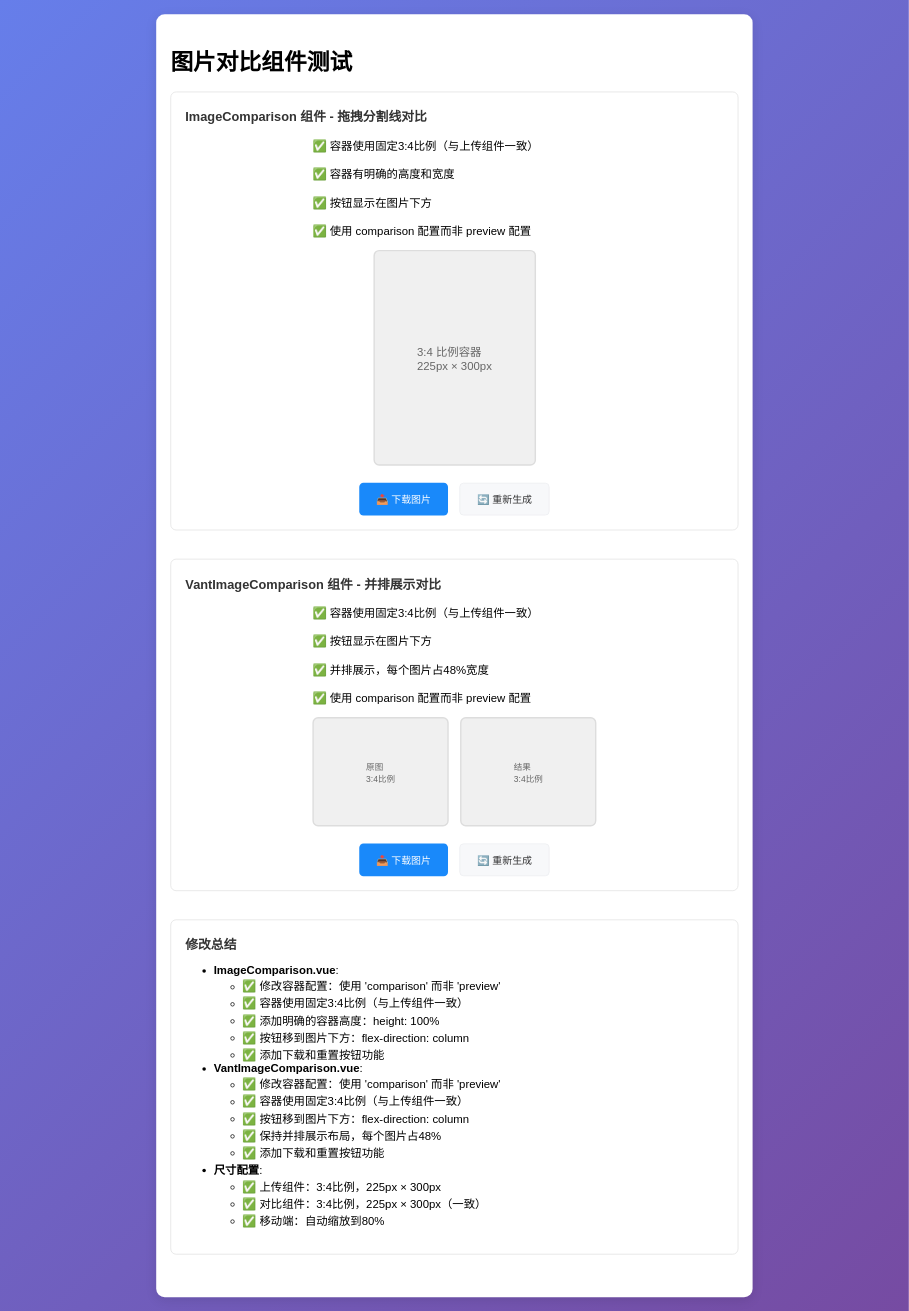
Repository: fooldychi/undress
Page: test-components.html
The author's editor kept a copy of each file at every save. The page is drawn from the files as they stood at one save, then again after the next save.
The browser window is 1280 px wide. The pictures show the whole page, at 71% of full size.

Above is the page before, as saved 2025-07-13 14:57:55.

### test-components.html
<!DOCTYPE html>
<html lang="zh-CN">
<head>
    <meta charset="UTF-8">
    <meta name="viewport" content="width=device-width, initial-scale=1.0">
    <title>组件测试</title>
    <style>
        body {
            font-family: Arial, sans-serif;
            margin: 20px;
            background: linear-gradient(135deg, #667eea 0%, #764ba2 100%);
            min-height: 100vh;
        }
        .container {
            max-width: 800px;
            margin: 0 auto;
            background: white;
            padding: 20px;
            border-radius: 12px;
            box-shadow: 0 4px 16px rgba(0, 0, 0, 0.1);
        }
        .demo-section {
            margin-bottom: 40px;
            padding: 20px;
            border: 1px solid #e0e0e0;
            border-radius: 8px;
        }
        .demo-title {
            font-size: 18px;
            font-weight: bold;
            margin-bottom: 16px;
            color: #333;
        }
        .comparison-demo {
            width: 100%;
            max-width: 400px;
            margin: 0 auto;
        }
        .result-actions {
            display: flex;
            gap: 16px;
            justify-content: center;
            margin-top: 24px;
            padding: 0 16px;
        }
        .van-button {
            padding: 12px 24px;
            border: none;
            border-radius: 6px;
            font-size: 14px;
            cursor: pointer;
            transition: all 0.3s ease;
        }
        .van-button--primary {
            background: #1989fa;
            color: white;
        }
        .van-button--primary:hover {
            background: #0570d9;
        }
        .van-button:not(.van-button--primary) {
            background: #f7f8fa;
            color: #323233;
            border: 1px solid #ebedf0;
        }
        .van-button:not(.van-button--primary):hover {
            background: #f2f3f5;
        }
    </style>
</head>
<body>
    <div class="container">
        <h1>图片对比组件测试</h1>

        <div class="demo-section">
            <div class="demo-title">ImageComparison 组件 - 拖拽分割线对比</div>
            <div class="comparison-demo">
                <p>✅ 容器使用固定3:4比例（与上传组件一致）</p>
                <p>✅ 容器有明确的高度和宽度</p>
                <p>✅ 按钮显示在图片下方</p>
                <p>✅ 使用 comparison 配置而非 preview 配置</p>

                <!-- 模拟容器 -->
                <div style="width: 225px; height: 300px; background: #f0f0f0; border: 2px solid #ddd; border-radius: 8px; margin: 16px auto; display: flex; align-items: center; justify-content: center;">
                    <span style="color: #666;">3:4 比例容器<br>225px × 300px</span>
                </div>

                <!-- 模拟按钮区域 -->
                <div class="result-actions">
                    <button class="van-button van-button--primary">
                        📥 下载图片
                    </button>
                    <button class="van-button">
                        🔄 重新生成
                    </button>
                </div>
            </div>
        </div>

        <div class="demo-section">
            <div class="demo-title">VantImageComparison 组件 - 并排展示对比</div>
            <div class="comparison-demo">
                <p>✅ 容器使用固定3:4比例（与上传组件一致）</p>
                <p>✅ 按钮显示在图片下方</p>
                <p>✅ 并排展示，每个图片占48%宽度</p>
                <p>✅ 使用 comparison 配置而非 preview 配置</p>

                <!-- 模拟并排容器 -->
                <div style="display: flex; gap: 4%; justify-content: center; margin: 16px auto; max-width: 400px;">
                    <div style="width: 48%; height: 150px; background: #f0f0f0; border: 2px solid #ddd; border-radius: 8px; display: flex; align-items: center; justify-content: center;">
                        <span style="color: #666; font-size: 12px;">原图<br>3:4比例</span>
                    </div>
                    <div style="width: 48%; height: 150px; background: #f0f0f0; border: 2px solid #ddd; border-radius: 8px; display: flex; align-items: center; justify-content: center;">
                        <span style="color: #666; font-size: 12px;">结果<br>3:4比例</span>
                    </div>
                </div>

                <!-- 模拟按钮区域 -->
                <div class="result-actions">
                    <button class="van-button van-button--primary">
                        📥 下载图片
                    </button>
                    <button class="van-button">
                        🔄 重新生成
                    </button>
                </div>
            </div>
        </div>

        <div class="demo-section">
            <div class="demo-title">修改总结</div>
            <ul>
                <li><strong>ImageComparison.vue</strong>:
                    <ul>
                        <li>✅ 修改容器配置：使用 'comparison' 而非 'preview'</li>
                        <li>✅ 容器使用固定3:4比例（与上传组件一致）</li>
                        <li>✅ 添加明确的容器高度：height: 100%</li>
                        <li>✅ 按钮移到图片下方：flex-direction: column</li>
                        <li>✅ 添加下载和重置按钮功能</li>
                    </ul>
                </li>
                <li><strong>VantImageComparison.vue</strong>:
                    <ul>
                        <li>✅ 修改容器配置：使用 'comparison' 而非 'preview'</li>
                        <li>✅ 容器使用固定3:4比例（与上传组件一致）</li>
                        <li>✅ 按钮移到图片下方：flex-direction: column</li>
                        <li>✅ 保持并排展示布局，每个图片占48%</li>
                        <li>✅ 添加下载和重置按钮功能</li>
                    </ul>
                </li>
                <li><strong>尺寸配置</strong>:
                    <ul>
                        <li>✅ 上传组件：3:4比例，225px × 300px</li>
                        <li>✅ 对比组件：3:4比例，225px × 300px（一致）</li>
                        <li>✅ 移动端：自动缩放到80%</li>
                    </ul>
                </li>
            </ul>
        </div>
    </div>
</body>
</html>

After the next save:
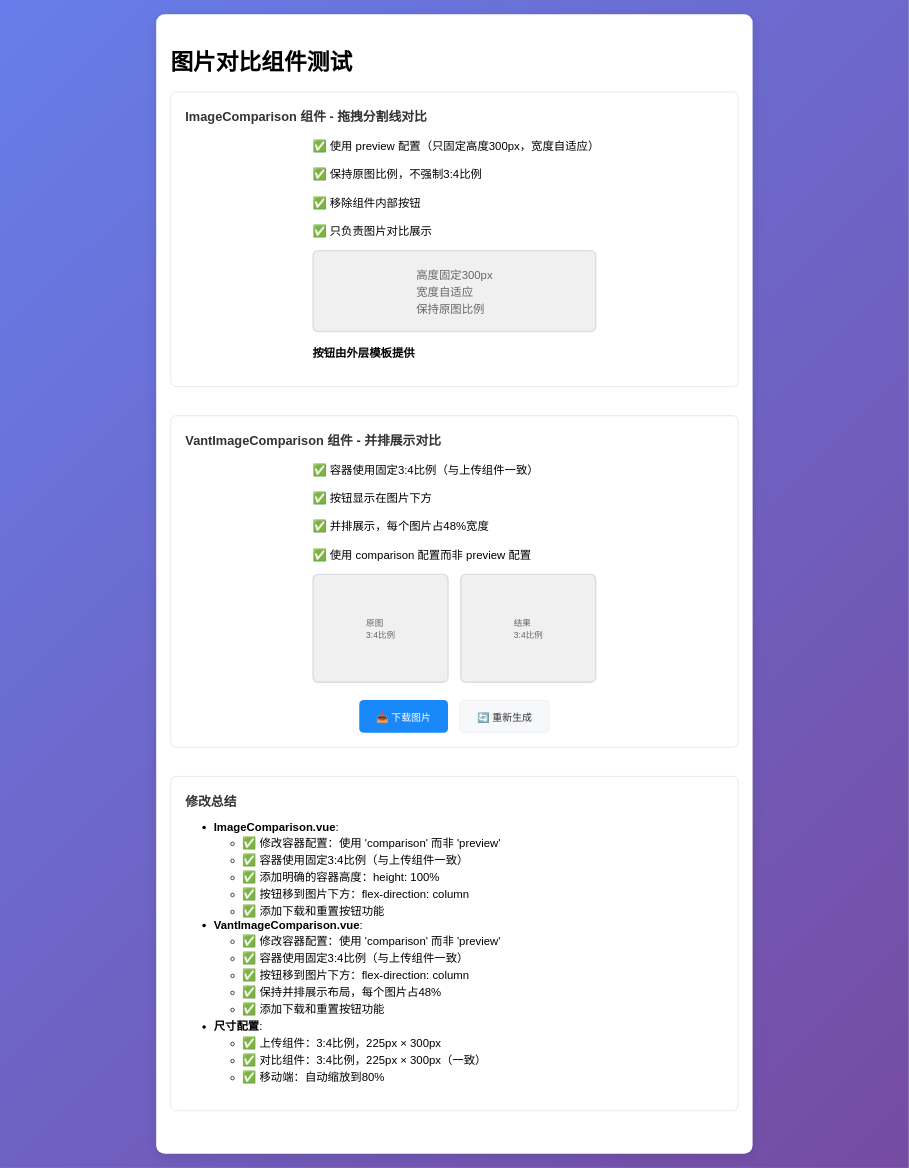
Saved 28 s later.
--- a/test-components.html
+++ b/test-components.html
@@ -75,25 +75,17 @@
         <div class="demo-section">
             <div class="demo-title">ImageComparison 组件 - 拖拽分割线对比</div>
             <div class="comparison-demo">
-                <p>✅ 容器使用固定3:4比例（与上传组件一致）</p>
-                <p>✅ 容器有明确的高度和宽度</p>
-                <p>✅ 按钮显示在图片下方</p>
-                <p>✅ 使用 comparison 配置而非 preview 配置</p>
+                <p>✅ 使用 preview 配置（只固定高度300px，宽度自适应）</p>
+                <p>✅ 保持原图比例，不强制3:4比例</p>
+                <p>✅ 移除组件内部按钮</p>
+                <p>✅ 只负责图片对比展示</p>
 
                 <!-- 模拟容器 -->
-                <div style="width: 225px; height: 300px; background: #f0f0f0; border: 2px solid #ddd; border-radius: 8px; margin: 16px auto; display: flex; align-items: center; justify-content: center;">
-                    <span style="color: #666;">3:4 比例容器<br>225px × 300px</span>
+                <div style="max-height: 300px; width: auto; background: #f0f0f0; border: 2px solid #ddd; border-radius: 8px; margin: 16px auto; display: flex; align-items: center; justify-content: center; padding: 20px;">
+                    <span style="color: #666;">高度固定300px<br>宽度自适应<br>保持原图比例</span>
                 </div>
 
-                <!-- 模拟按钮区域 -->
-                <div class="result-actions">
-                    <button class="van-button van-button--primary">
-                        📥 下载图片
-                    </button>
-                    <button class="van-button">
-                        🔄 重新生成
-                    </button>
-                </div>
+                <p><strong>按钮由外层模板提供</strong></p>
             </div>
         </div>
 
